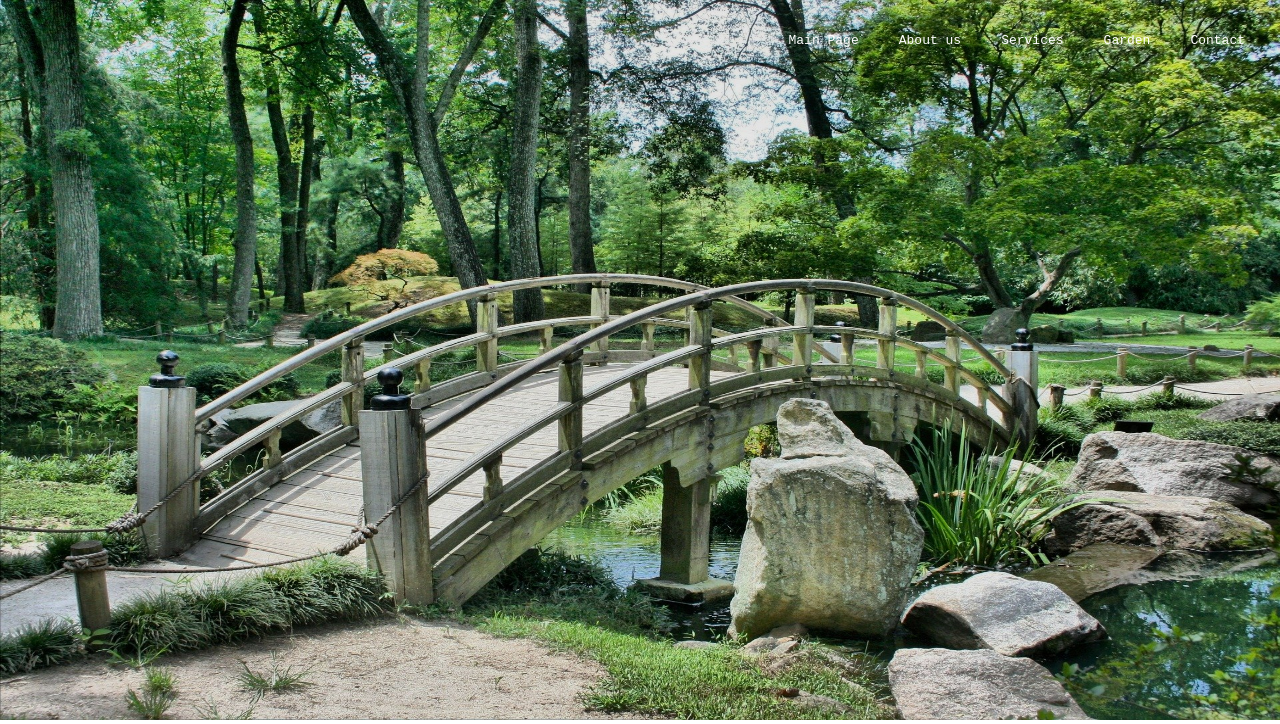
Repository: PatryxB/garden
Page: http://localhost/
These files come from the project's save history. The page is drawn as it stood at one moment and after the next save; the edit follows.
The browser window is 1280 px wide. The pictures show the whole page.
Some web fonts or font styles are not loaded; a fallback is used. The page is served by the project's Laravel application, run on PHP 8.4 with Laravel 8. Style sheets and scripts are compiled from the project's sources, by tool versions that may differ from the author's.

Above is the page before, as saved 2020-05-01 21:26:27.

After the next save:
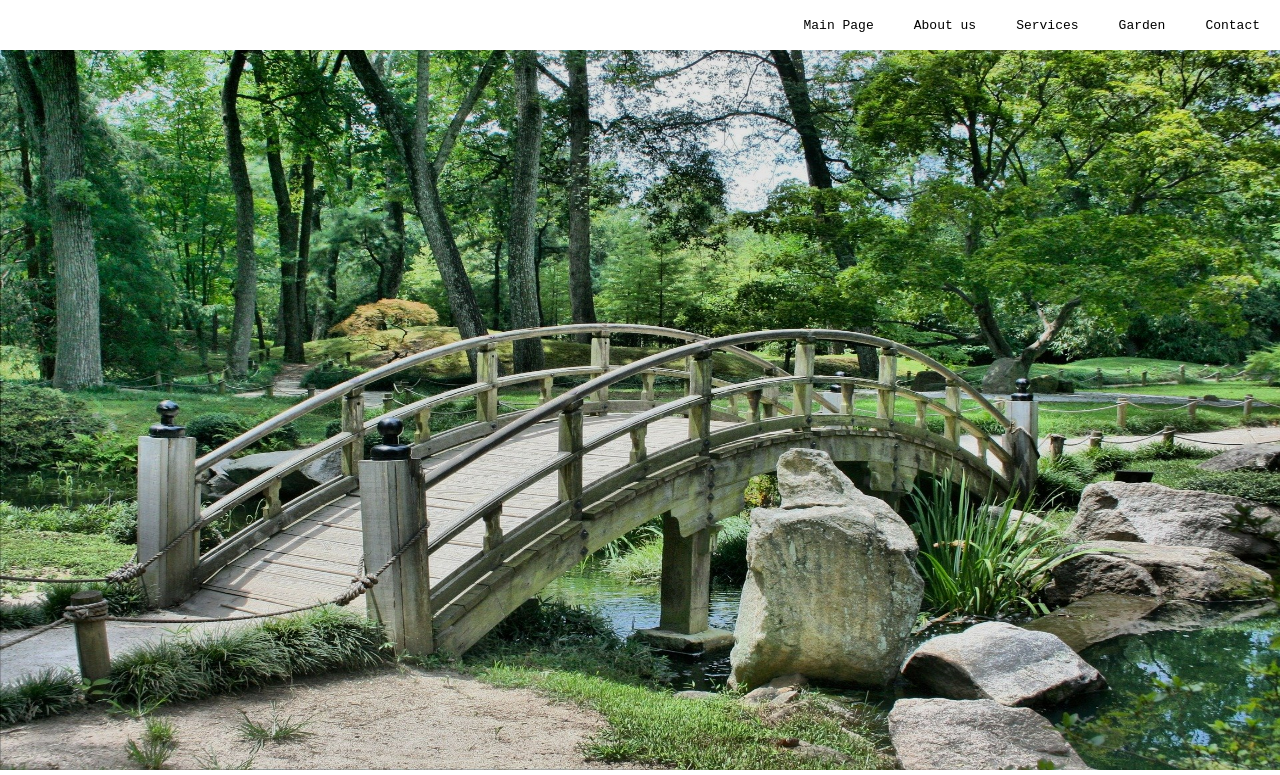
Saved 2 min 49 s later.
--- a/resources/sass/app.scss
+++ b/resources/sass/app.scss
@@ -7,10 +7,6 @@ html, body{
 }
 nav{
     width: 100%;
-    position: absolute;
-    right: 15px;
-    top: 15px;
-    z-index: 999;
 }
 nav ul{
     display: flex;
@@ -20,7 +16,7 @@ nav ul li a{
     text-decoration: none;
     font-size: 13px;
     display: inline-block;
-    color: white;
+    color: black;
     margin-left: 20px;
     cursor:pointer;
     margin-right: 20px;
